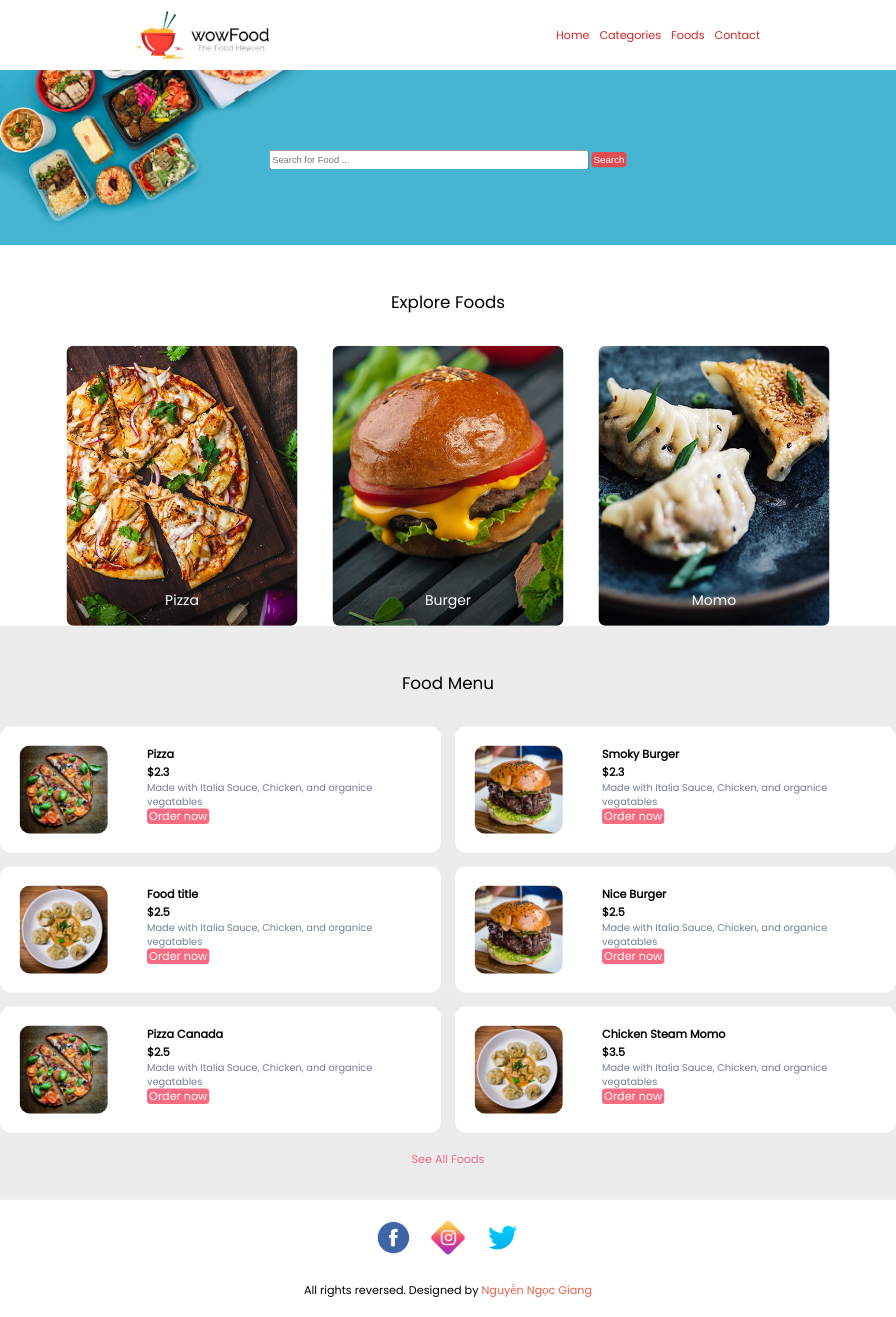
Repository: ruaruababa/WowFood
Page: index.html
These files come from the project's save history. The page is drawn as it stood at one moment and after the next save; the edit follows.
The browser window is 1280 px wide. The pictures show the whole page, at 70% of full size.

Above is the page before, as saved 2021-09-18 11:47:09.

After the next save:
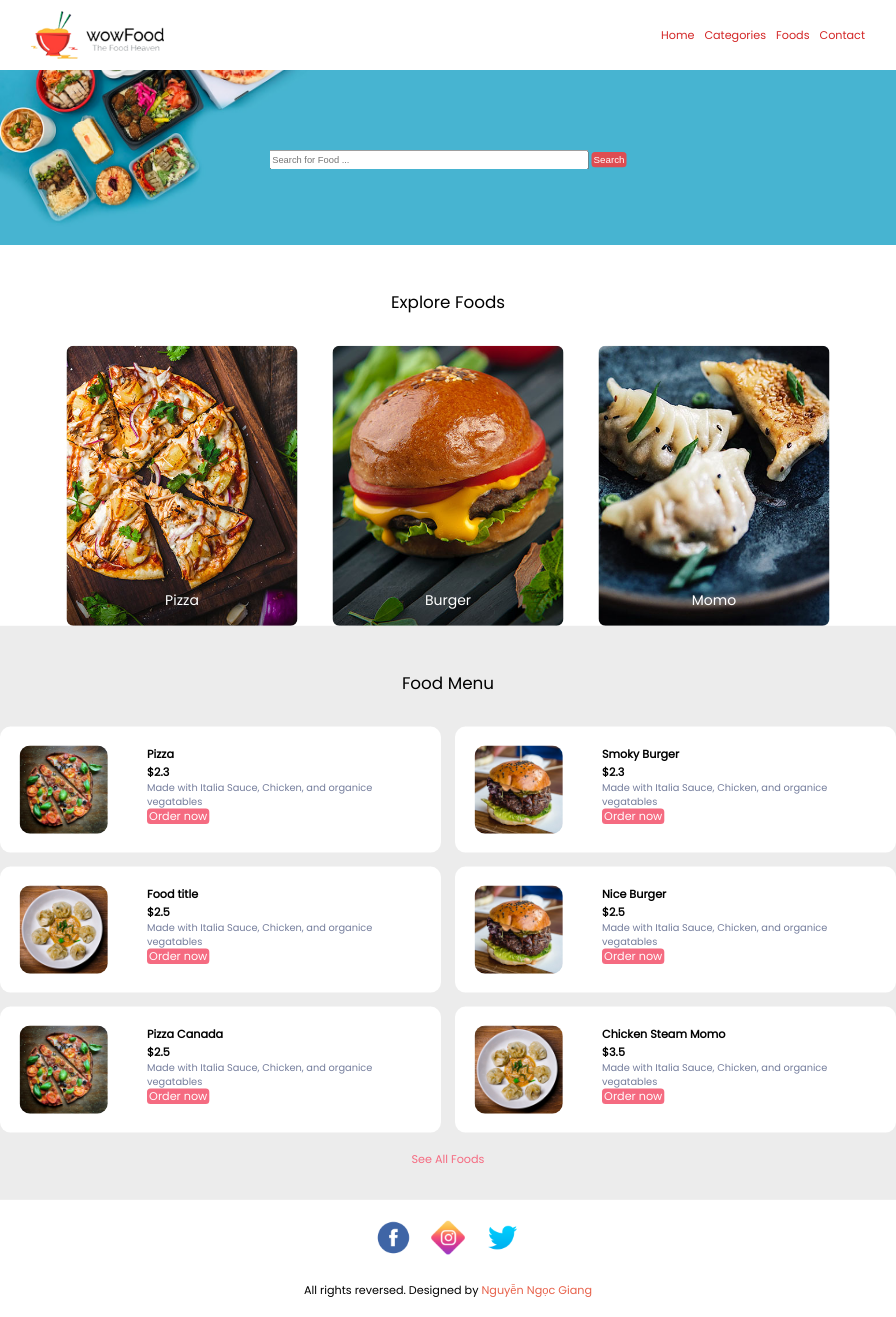
Saved 5 s later.
--- a/style.css
+++ b/style.css
@@ -10,7 +10,7 @@ header{
     justify-content: center;
     align-items: center;
     margin-top: 15px;
-    gap: 400px;
+    gap: 700px;
 }
 
 .header-left {
